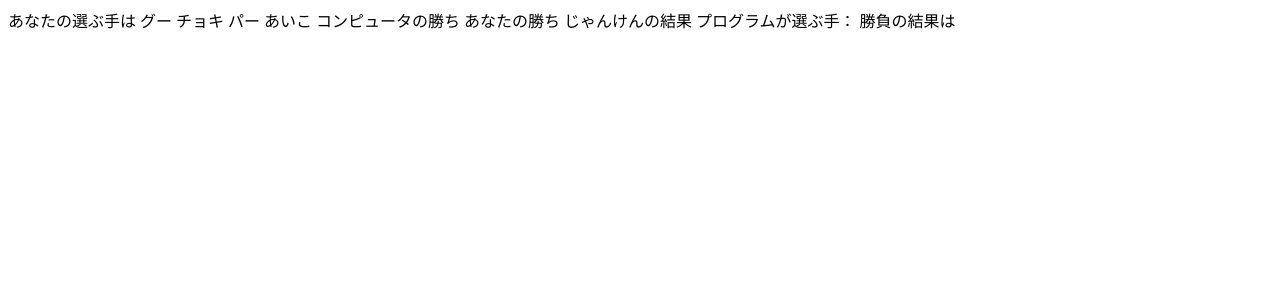
Repository: jh0612/2021_Azure_study
Page: Demoforme/Myproj2/src/main/webapp/Jyanken.html
These files come from the project's save history. The page is drawn as it stood at one moment and after the next save; the edit follows.
The browser window is 1280 px wide. The pictures show the whole page.

Above is the page before, as saved 2021-12-08 05:28:03.

After the next save:
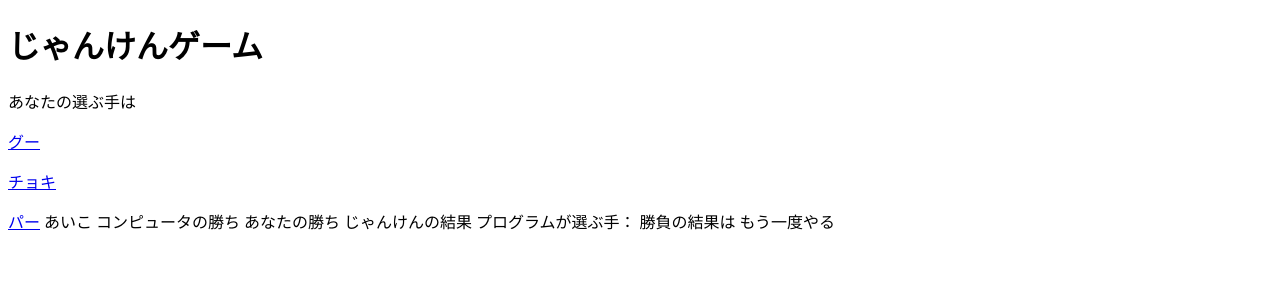
Saved 2 min 48 s later.
--- a/Demoforme/Myproj2/src/main/webapp/Jyanken.html
+++ b/Demoforme/Myproj2/src/main/webapp/Jyanken.html
@@ -5,15 +5,20 @@
 <title>じゃんけんゲーム</title>
 </head>
 <body>
-あなたの選ぶ手は
-グー
-チョキ
-パー
+<h1>じゃんけんゲーム</h1>
+<p>あなたの選ぶ手は
+<p><a href="JyankenServlet?te=グー">グー</a>
+<p><a href="JyankenServlet?te=チョキ">チョキ</a>
+<p><a href="JyankenServlet?te=パー">パー</a>
+
+
 あいこ
 コンピュータの勝ち
 あなたの勝ち
 じゃんけんの結果
 プログラムが選ぶ手：
 勝負の結果は
+もう一度やる
+
 </body>
 </html>
